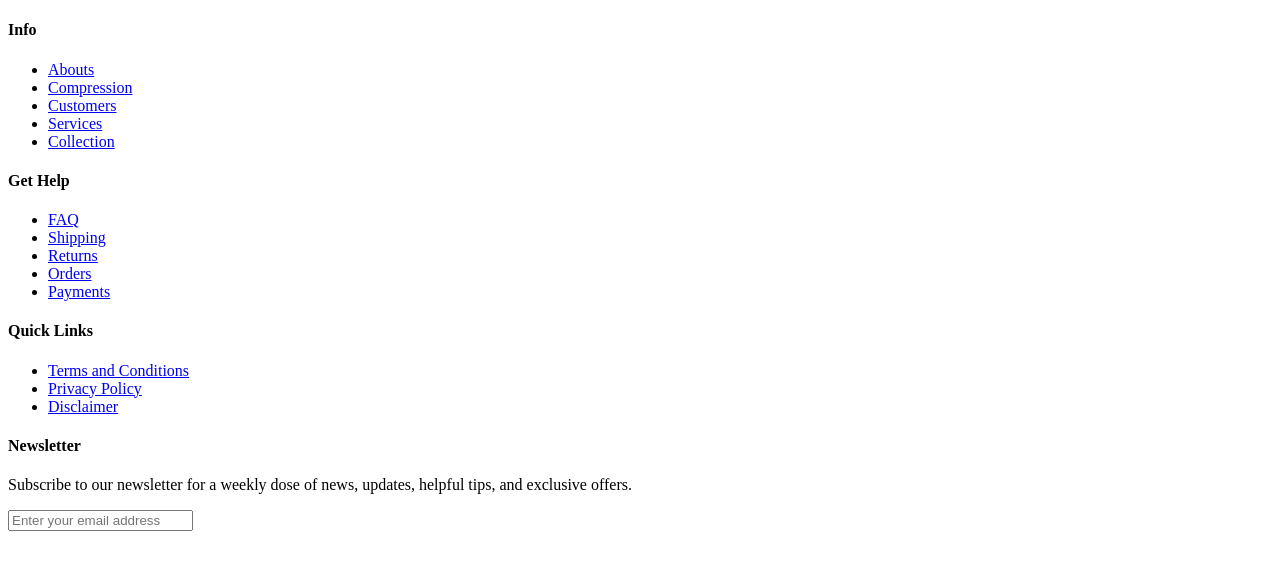
Repository: syni18/responsive_footer
Page: index.html
These files come from the project's save history. The page is drawn as it stood at one moment and after a run of saves; the edit follows.
The browser window is 1280 px wide. The pictures show the whole page.

Above is the page before, as saved 2023-11-03 17:06:26.

After the next 5 saves:
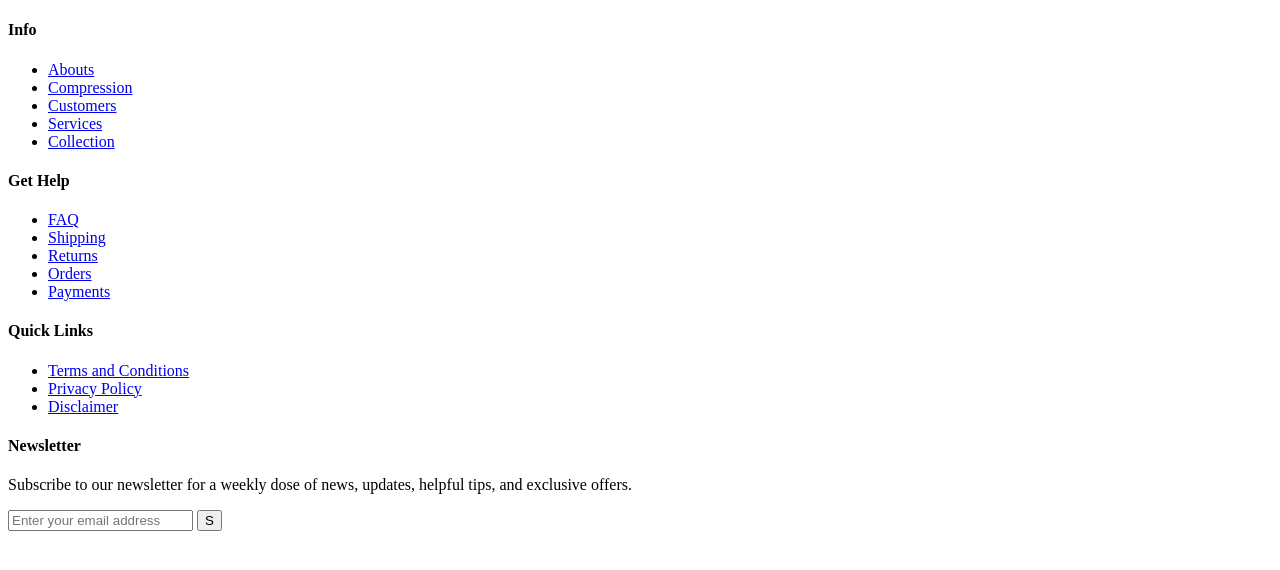
The 5 saves are shown as one change because they came seconds apart.
The last was saved 15 s later.
--- a/index.html
+++ b/index.html
@@ -46,6 +46,7 @@
                 </p>
                 <form action="#">
                     <input type="email" name="email" id="email" placeholder="Enter your email address">
+                    <button type="submit">S</button>
                 </form>
             </div>
         </div>
